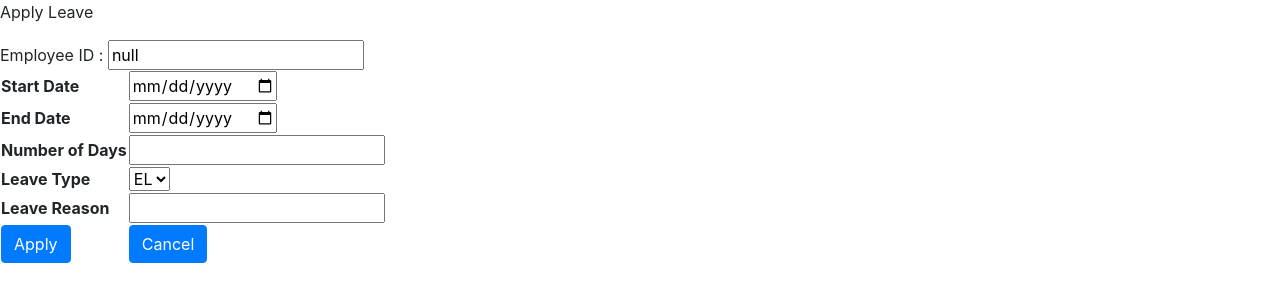
Repository: rkmr039/EMS_PROJECT
Page: http://localhost/EMS/ApprovDenyLeaves.jsp
The author's editor kept a copy of each file at every save. The page is drawn from the files as they stood at one save, then again after the next save.
The browser window is 1280 px wide. The pictures show the whole page.
The page is served by Tomcat 9. Other server files are loaded and not shown.

Above is the page before, as saved 2019-08-28 08:14:13.
Console error: TypeError: Cannot read properties of undefined (reading 'fn')

### EMS/WebContent/ApprovDenyLeaves.jsp
<%@ page language="java" contentType="text/html; charset=ISO-8859-1"
    pageEncoding="ISO-8859-1"%>
<!DOCTYPE html PUBLIC "-//W3C//DTD HTML 4.01 Transitional//EN" "http://www.w3.org/TR/html4/loose.dtd">
<html>
<head>
<link rel="stylesheet" href="https://stackpath.bootstrapcdn.com/bootstrap/4.3.1/css/bootstrap.min.css" integrity="sha384-ggOyR0iXCbMQv3Xipma34MD+dH/1fQ784/j6cY/iJTQUOhcWr7x9JvoRxT2MZw1T" crossorigin="anonymous">
<script src="https://stackpath.bootstrapcdn.com/bootstrap/4.3.1/js/bootstrap.min.js" integrity="sha384-JjSmVgyd0p3pXB1rRibZUAYoIIy6OrQ6VrjIEaFf/nJGzIxFDsf4x0xIM+B07jRM" crossorigin="anonymous"></script>

<meta http-equiv="Content-Type" content="text/html; charset=ISO-8859-1">
<title>Apply leave | EMS</title>
</head>
<body>
	<p id="page">Apply Leave</p>
	<form method="get" action="Apply.jsp">
	Employee ID :
	<input type="text" readonly="readonly"  value=<%=session.getAttribute("EMP_ID") %> name="empId"/>
	<table>
		<tr>
			<th >Start Date</th>
			<td>
				<input type='date' name="startDate"  />
            </td>
		</tr>
		<tr>
			<th>End Date</th>
			<td>
				<input type='date' name="endDate"  />
            </td>
		</tr>
		<tr>
			<th>Number of Days</th>
			<td>
				<input type="text" name="noDays"/>
			</td>
		</tr>
		<tr>
			<th>Leave Type</th>
			<td>
				<select name="type">
					<option>EL</option>
					<option>2</option>
				</select>
			</td>
		</tr>
		<tr>
			<th>Leave Reason</th>
			<td>
				<input type="text" name="reason"/>
			</td>
		</tr>
		<tr>
			<td><input class="btn btn-primary" type="submit" value="Apply" name="apply"/></td>
			<td><input class="btn btn-primary" type="reset" onClick="javascript:window.location.href='dashboard.jsp'" value="Cancel" name="cancel"/></td>
		</tr>
	</table>
	</form>

<script src="https://code.jquery.com/jquery-3.3.1.slim.min.js" integrity="sha384-q8i/X+965DzO0rT7abK41JStQIAqVgRVzpbzo5smXKp4YfRvH+8abtTE1Pi6jizo" crossorigin="anonymous"></script>
<script src="https://cdnjs.cloudflare.com/ajax/libs/popper.js/1.14.7/umd/popper.min.js" integrity="sha384-UO2eT0CpHqdSJQ6hJty5KVphtPhzWj9WO1clHTMGa3JDZwrnQq4sF86dIHNDz0W1" crossorigin="anonymous"></script>

</body>
</html>

After the next save:
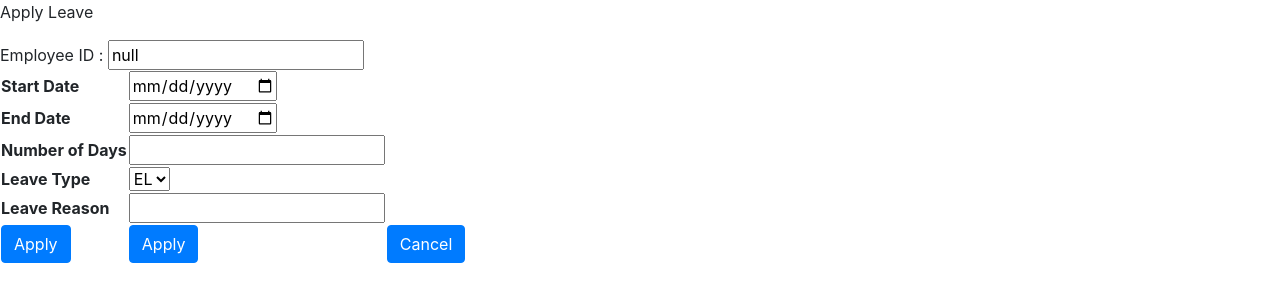
Saved 42 s later.
--- a/EMS/WebContent/ApprovDenyLeaves.jsp
+++ b/EMS/WebContent/ApprovDenyLeaves.jsp
@@ -50,6 +50,7 @@
 		</tr>
 		<tr>
 			<td><input class="btn btn-primary" type="submit" value="Apply" name="apply"/></td>
+			<td><input class="btn btn-primary" type="submit" value="Apply" name="apply"/></td>
 			<td><input class="btn btn-primary" type="reset" onClick="javascript:window.location.href='dashboard.jsp'" value="Cancel" name="cancel"/></td>
 		</tr>
 	</table>
